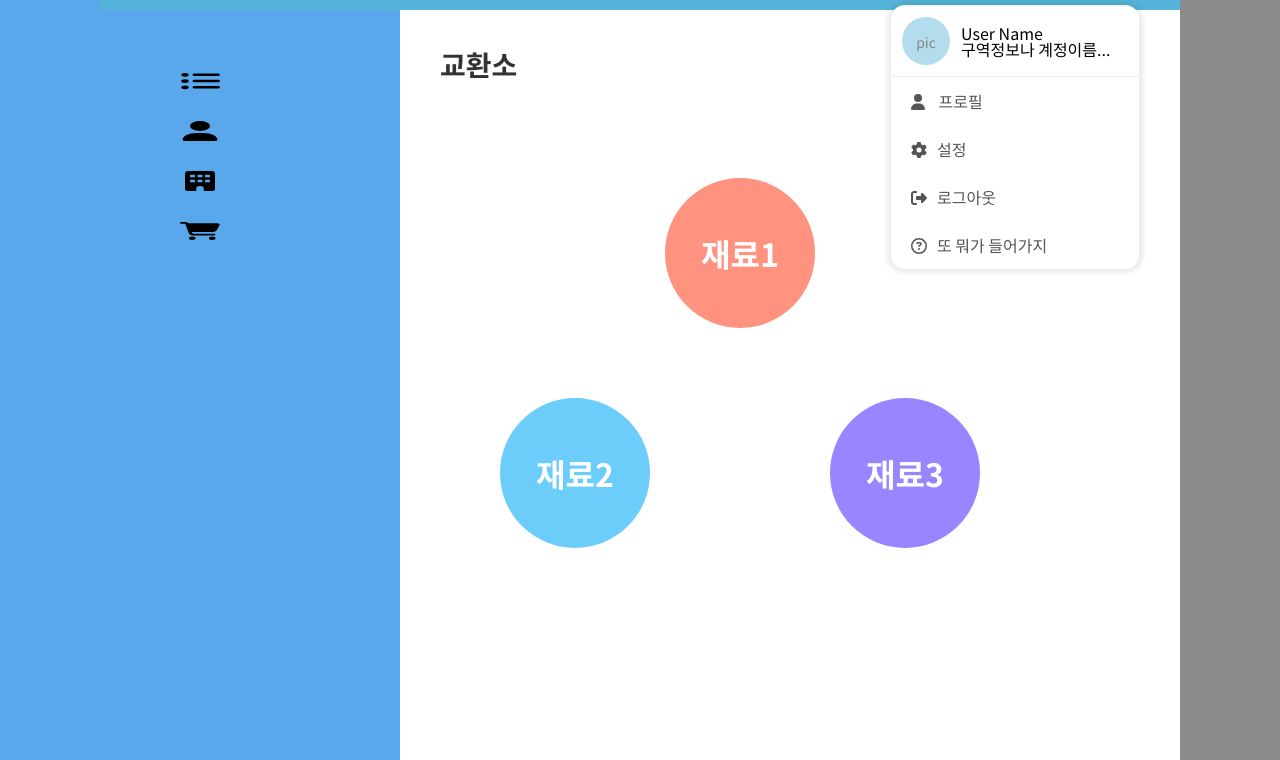
Repository: sunoo-lee/toVillage-old
Page: /#/trade
The author's editor kept a copy of each file at every save. The page is drawn from the files as they stood at one save, then again after the next save.
The browser window is 1280 px wide. The pictures show the whole page.
The project was rebuilt for these pictures with package versions that can differ from the ones it lists, and the page was loaded fresh each time. Also part of the build but not shown: src/routes/Auth.js, src/components/Todo.js, src/components/AddForm.js, src/components/Main.js, src/routes/Home.js, src/components/MyProfile.js, src/routes/Profile.js, src/components/Area.module.css and 2 more.

Above is the page before, as saved 2022-10-13 04:41:09.

After the next save:
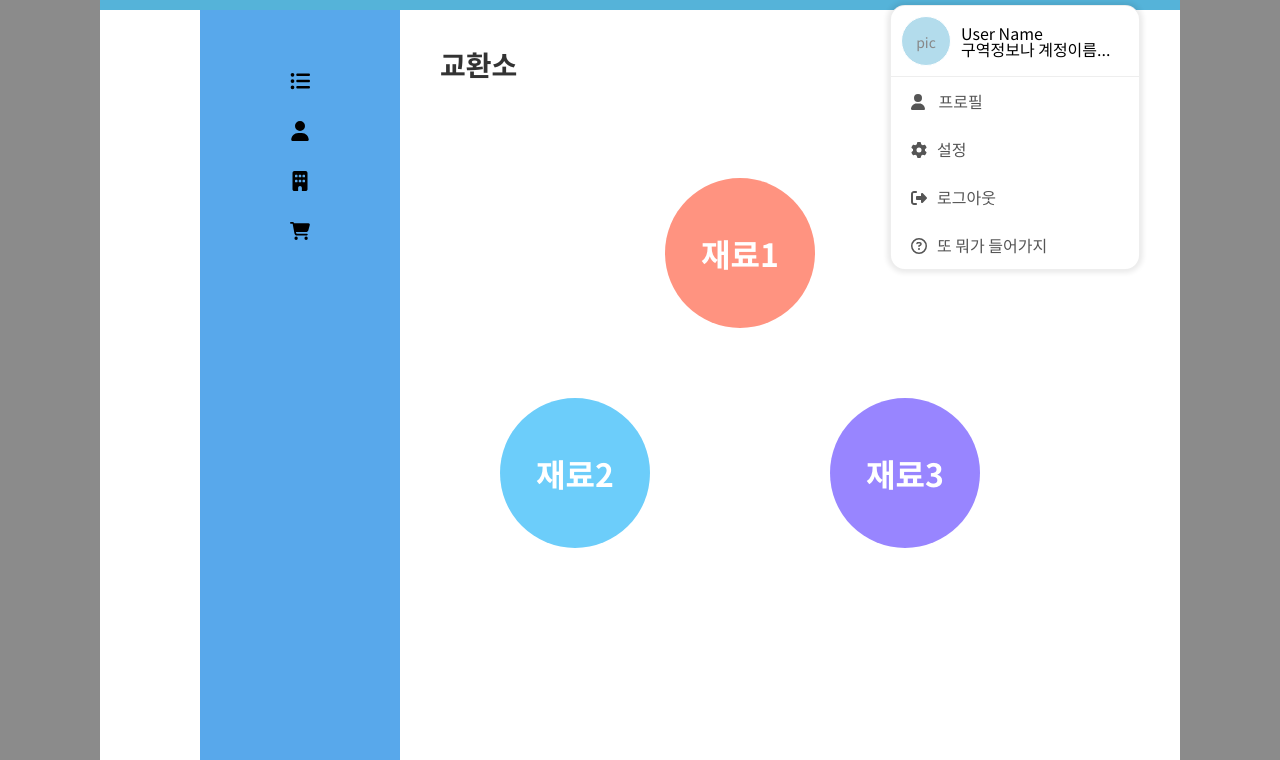
Saved 14 s later.
--- a/src/components/Navigation.module.css
+++ b/src/components/Navigation.module.css
@@ -14,7 +14,7 @@
 .nav_active {
   background-color: #58a8eb;
   /* width: 60px; */
-  transform: scaleX(2);
+  transform: translate(50%);
 }
 .nav_active .container ul li {
   padding: 0;
